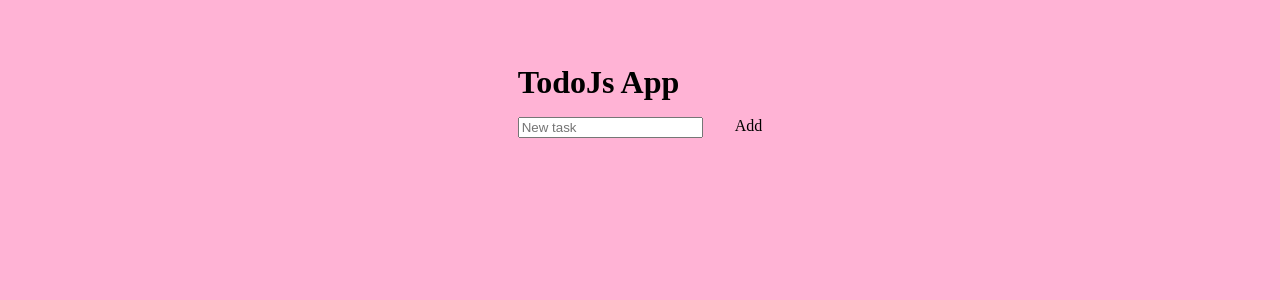
Repository: AlexandraYuhno/todo
Page: index.html
The author's editor kept a copy of each file at every save. The page is drawn from the files as they stood at one save, then again after the next save.
The browser window is 1280 px wide. The pictures show the whole page.

Above is the page before, as saved 2024-06-17 10:41:11.

### index.html
<!DOCTYPE html>
<html lang="en">
<head>
    <meta charset="UTF-8">
    <meta name="viewport" content="width=device-width, initial-scale=1.0">
    <title>TodoJs</title>
    <link rel="stylesheet" href="style.css">
</head>
<body>
    <div class="todo">
        <div class="todo__content">
            <h1 class="todo__title"> TodoJs App </h1>
            <div class="todo__new">
                <input type="text" placeholder="New task" id="new">
                <div class="todo__add" id="add">Add</div>
            </div>
        </div>

    </div>
    <script src="script.js"></script>
</body>
</html>

### style.css
*{
    margin: 0;
    box-sizing: border-box;
}

body{
    background-color: #ffb3d5;
    display: flex;
    justify-content: center;
    padding: 32px;
}

.todo{
    padding: 32px;
}

.todo__new{
    display: flex;
    padding: 16px 0 32px;
}

.todo__add{
    margin-left: 32px;
    cursor: pointer;
}

### script.js
const dom ={
    new : document.getElementById('new'),
    add : document.getElementById('add')
}

//Track click button 'Add'

dom.add.onclick=()=>{
        addTask()
}

function addTask(){
    alert("ok")
}

After the next save:
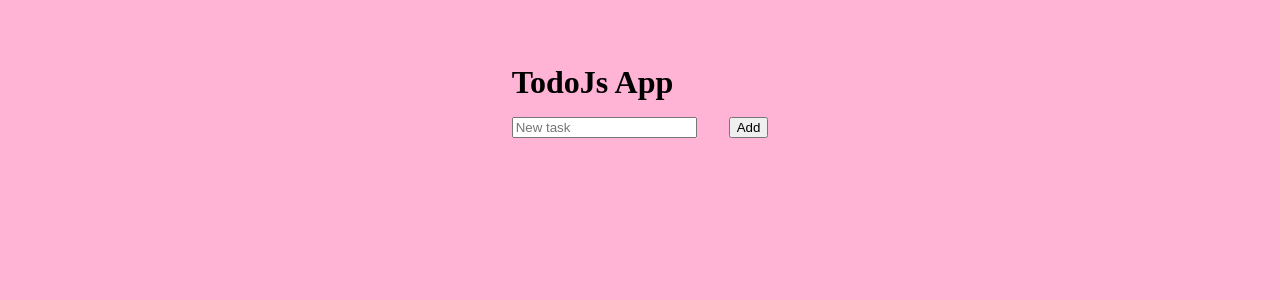
Saved 27 min 5 s later.
--- a/index.html
+++ b/index.html
@@ -12,7 +12,7 @@
             <h1 class="todo__title"> TodoJs App </h1>
             <div class="todo__new">
                 <input type="text" placeholder="New task" id="new">
-                <div class="todo__add" id="add">Add</div>
+                <button class="todo__add" id="add">Add</button>
             </div>
         </div>
 
